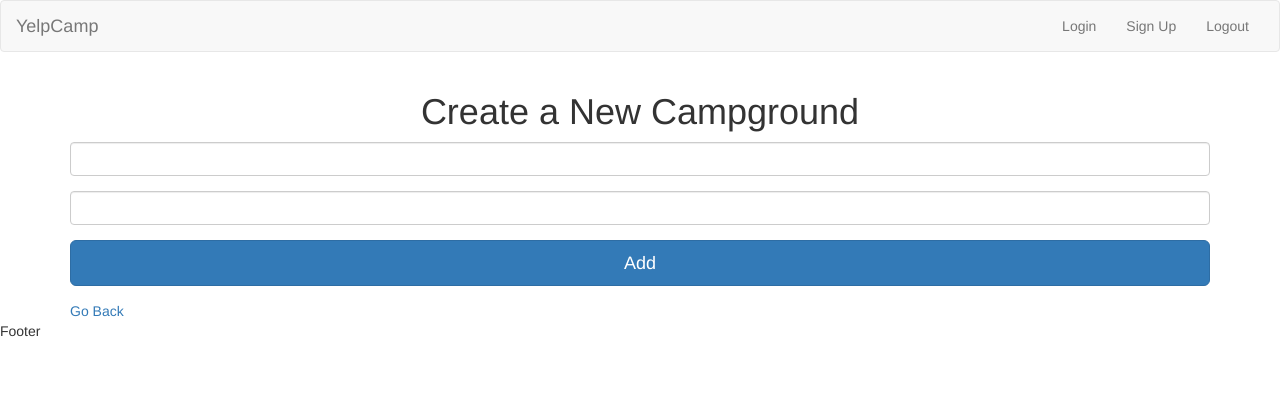
Repository: leandrobellini/Web-Developer-Bootcamp-Udemy
Page: http://localhost/campgrounds/new
The author's editor kept a record of every edit. The page is drawn from the files as they stood at one moment, then again after the next edit.
The browser window is 1280 px wide. The pictures show the whole page.
The page is served by the project's Node server (YelpCamp/v1/app.js).

Above is the page before.

After the next edit:
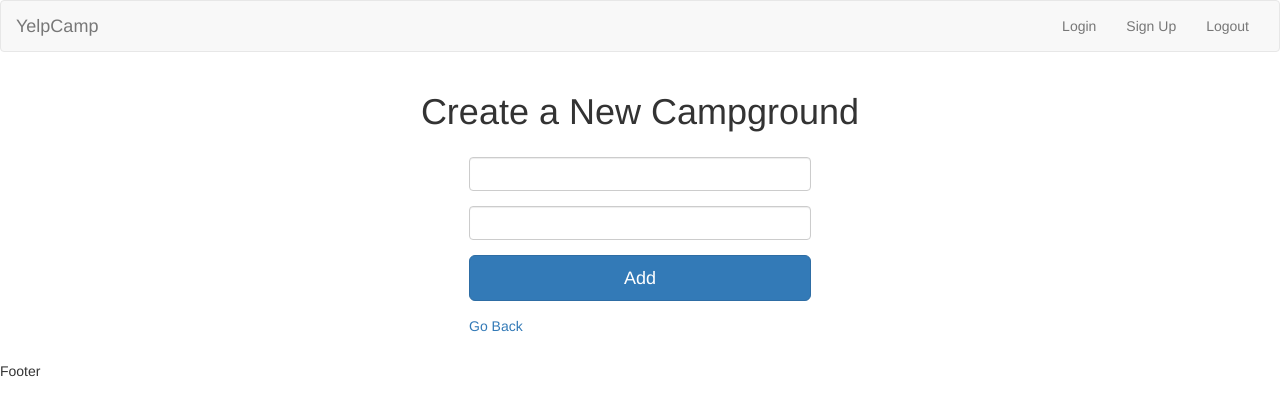
The edit:
--- a/29. RESTful Routing/workspace/YelpCamp/v1/views/new.ejs
+++ b/29. RESTful Routing/workspace/YelpCamp/v1/views/new.ejs
@@ -6,7 +6,7 @@
 <div class="container">
   <h1 class="text-center">Create a New Campground</h1>
 
-  <div>
+  <div style="width: 30%; margin: 25px auto;">
     <form action="/campgrounds" method="POST">
       <div class="form-group">
         <input class="form-control" type="text" name="name">
